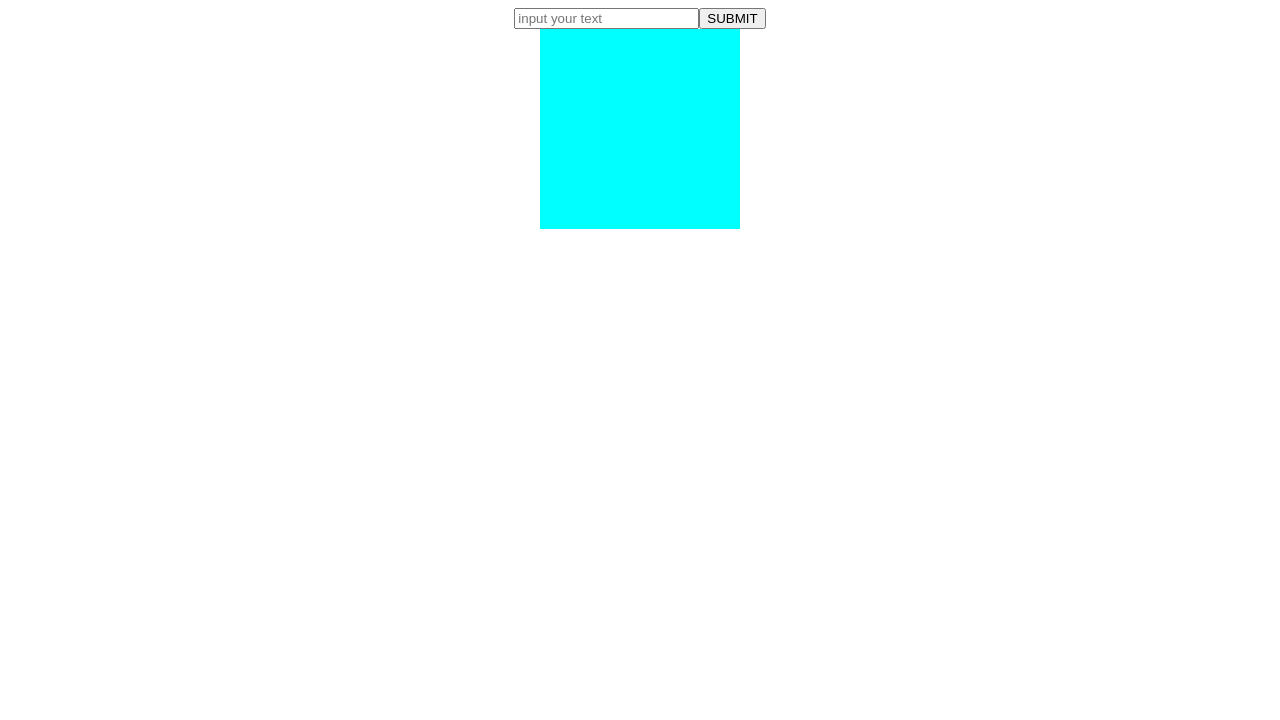
Repository: haykgrigoryan077/wheater-forecast
Page: /
These files come from the project's save history. The page is drawn as it stood at one moment and after the next save; the edit follows.
The browser window is 1280 px wide. The pictures show the whole page.
The page's requests for data from a server got no answer. The project was rebuilt for these pictures with package versions that can differ from the ones it lists, and the page was loaded fresh each time. No one was signed in, and anything a server would have sent is missing. Also part of the build but not shown: src/index.css.

Above is the page before, as saved 2022-08-25 15:54:57.

After the next save:
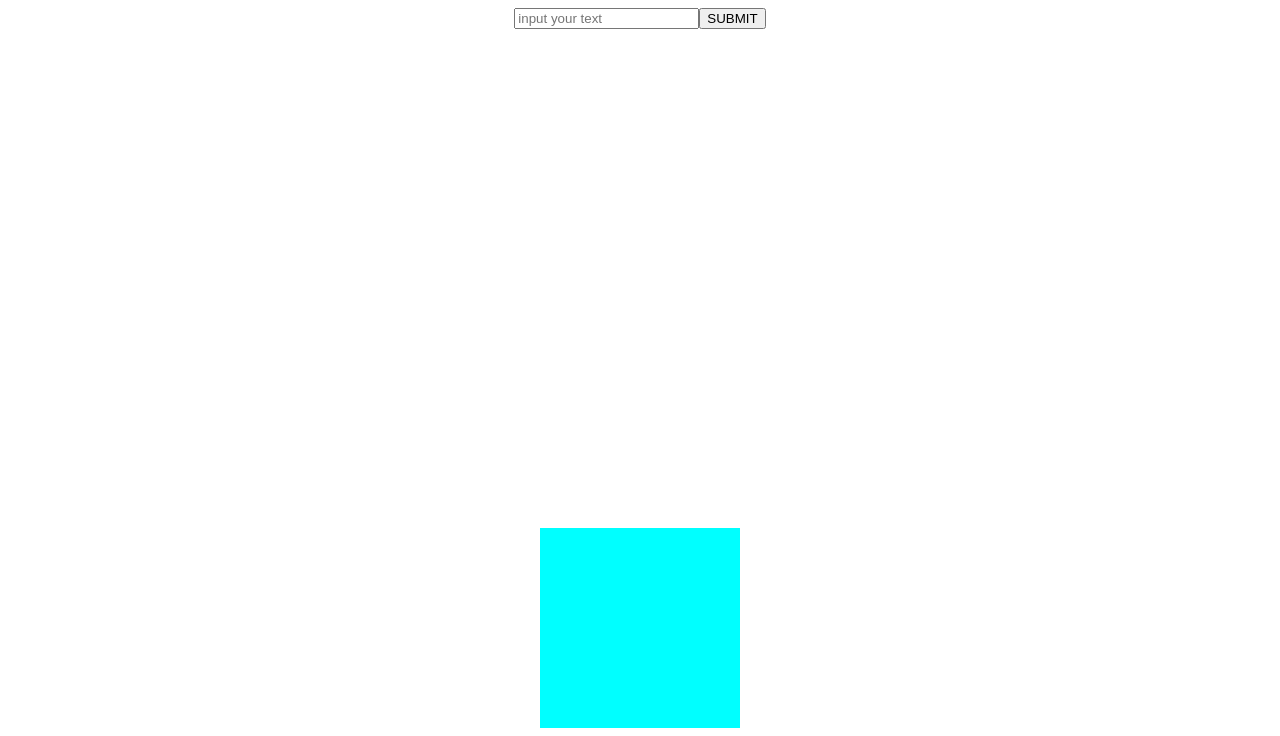
Saved 81 s later.
--- a/src/App.css
+++ b/src/App.css
@@ -1,4 +1,6 @@
 .App {
+  width: 100%;
+  height: 100vh;
   display: flex;
   flex-direction: column;
   justify-content: space-between;
